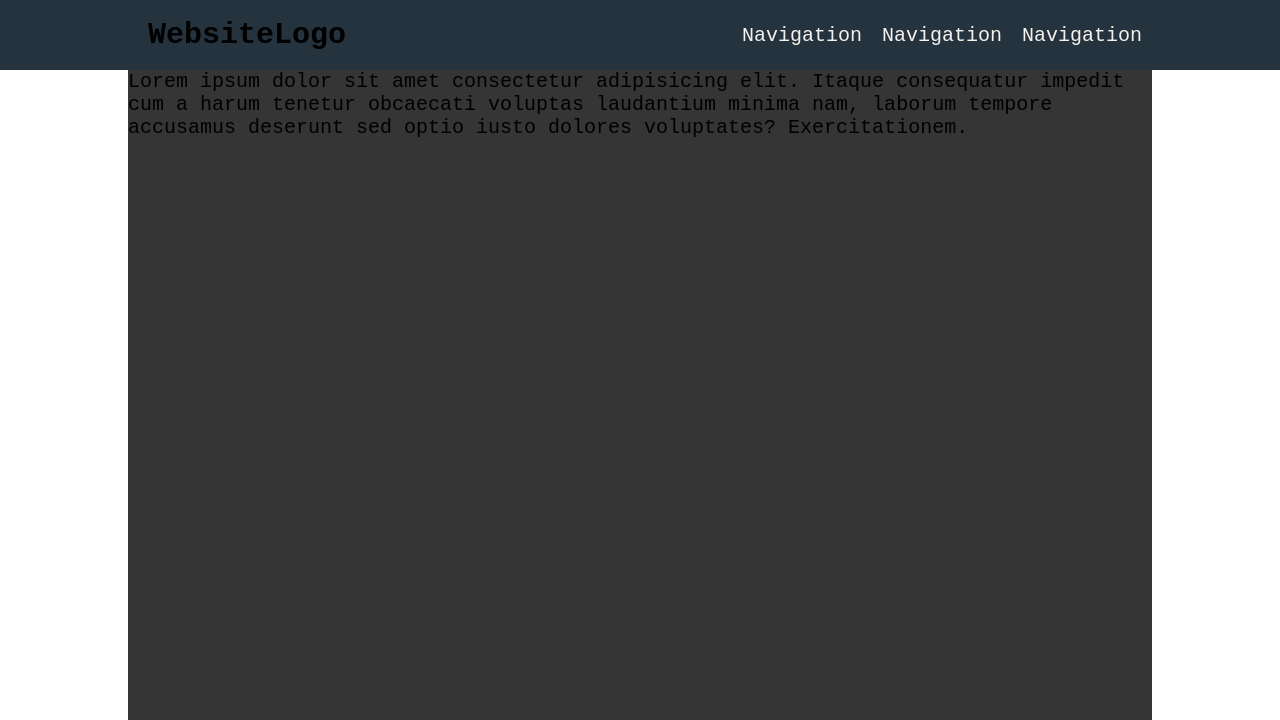
Repository: piotrokrutniak/Projekt-Studia
Page: index.html
An editor plug-in stored every save of this project. The page is shown before and after the next save, followed by the edit.
The browser window is 1280 px wide. The pictures show the whole page.

Above is the page before, as saved 2023-03-04 03:58:51.

After the next save:
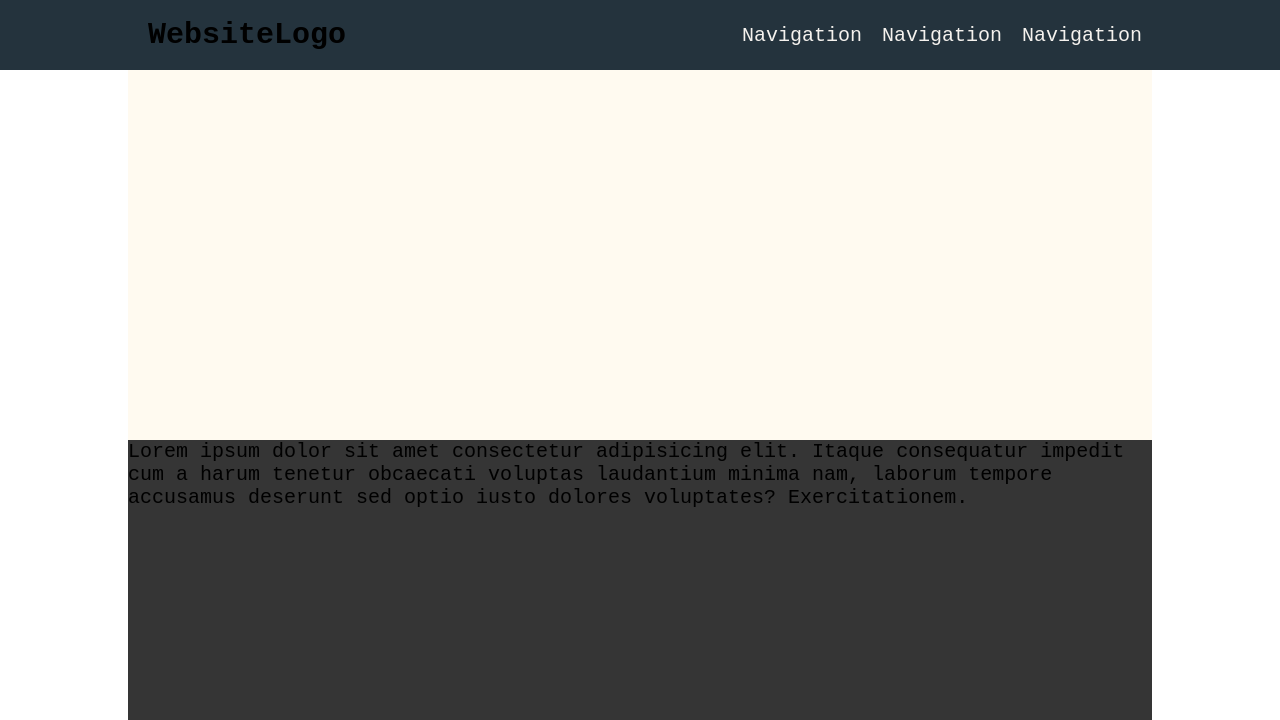
Saved 7 s later.
--- a/index.html
+++ b/index.html
@@ -35,5 +35,10 @@
         </div>
     </div>
 
-    <div class="main-section">Lorem ipsum dolor sit amet consectetur adipisicing elit. Itaque consequatur impedit cum a harum tenetur obcaecati voluptas laudantium minima nam, laborum tempore accusamus deserunt sed optio iusto dolores voluptates? Exercitationem.</div>
+    <div class="main-section">
+        <div class="carousel-section">
+
+        </div>
+        Lorem ipsum dolor sit amet consectetur adipisicing elit. Itaque consequatur impedit cum a harum tenetur obcaecati voluptas laudantium minima nam, laborum tempore accusamus deserunt sed optio iusto dolores voluptates? Exercitationem.
+    </div>
 </body>
